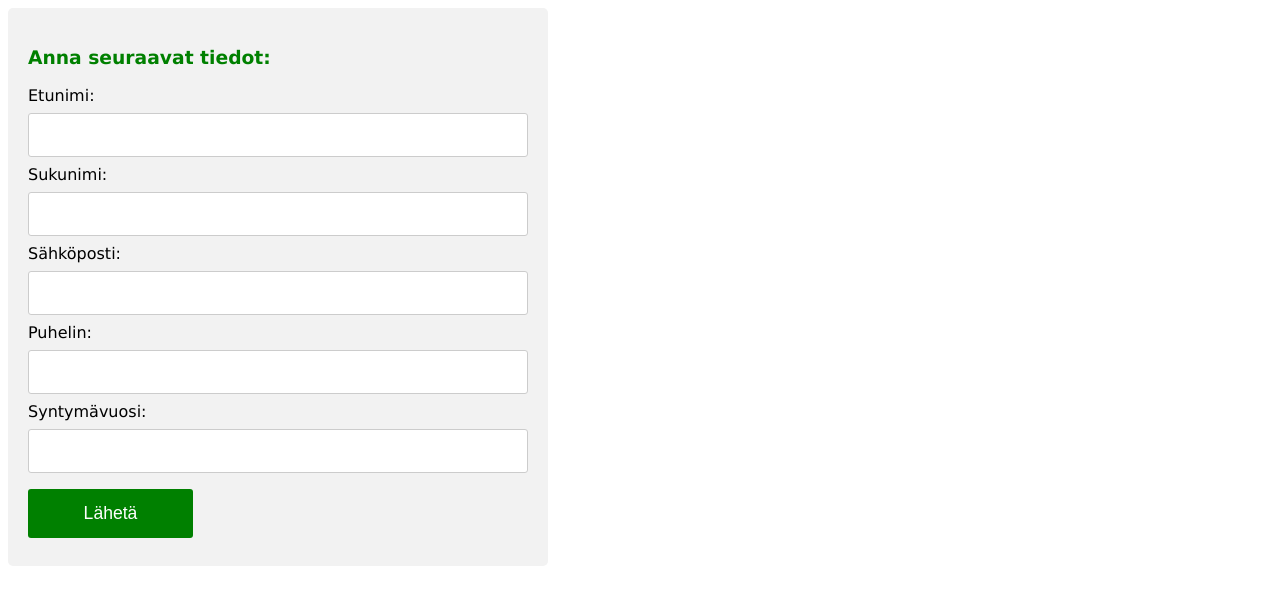
Repository: er-12/tehtava6
Page: http://localhost/t3/kysy.jsp
These files come from the project's save history. The page is drawn as it stood at one moment and after the next save; the edit follows.
The browser window is 1280 px wide. The pictures show the whole page.
The page is served by Tomcat 9.

Above is the page before, as saved 2021-04-17 11:36:23.

### t3/WebContent/kysy.jsp
<%@ page language="java" contentType="text/html; charset=UTF-8"
    pageEncoding="UTF-8"%>
<!DOCTYPE html>
<html>
<style>
input[type=text] {
  width: 100%;
  padding: 12px 20px;
  margin: 8px 0;
  display: inline-block;
  border: 1px solid #ccc;
  border-radius: 3px;
  box-sizing: border-box;
  font-size: 100%;
}

input[type=submit] {
  width: 33%;
  text-align: center;
  background-color: green;
  color: white;
  padding: 14px 20px;
  margin: 8px 0;
  border: none;
  border-radius: 3px;
  font-size: 110%;
}
div {
  border-radius: 5px;
  background-color: #f2f2f2;
  padding: 20px;
  width: 500px;
  font-family: Verdana;
}
h3 {
  color: green;
}
</style>
<head>
<meta charset="UTF-8">
<title>Insert title here</title>
</head>
<body>
<div>
<h3>Anna seuraavat tiedot:</h3>
<form action="nayta.jsp" method="POST">
	<label for="etunimi">Etunimi:</label><br>
	<input type="text" name="etunimi"><br>
	<label for="fname">Sukunimi:</label><br>
	<input type="text" name="sukunimi"><br>
	<label for="fname">Sähköposti:</label><br>
	<input type="text" name="sposti"><br>
	<label for="fname">Puhelin:</label><br>
	<input type="text" name="puhelin"><br>
	<label for="fname">Syntymävuosi:</label><br>
	<input type="text" name="vuosi"><br>
	<input type="submit" value="Lähetä">
</form>
</div>
</body>
</html>
<!-- 2)	Tee sivulle kysy.jsp lomake, jossa pyydät käyttäjltä seuraavat tiedot:
a.	Etunimi
b.	Sukunimi
c.	Sähköposti
d.	Puhelin
e.	Syntymävuosi
 -->

After the next save:
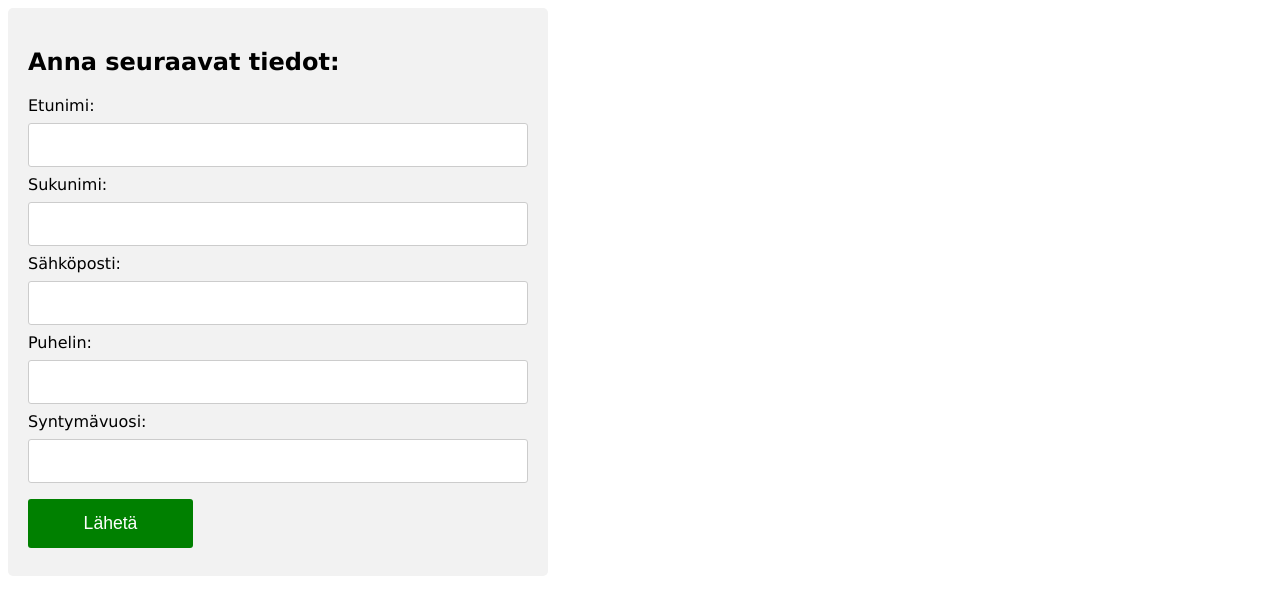
Saved 28 s later.
--- a/t3/WebContent/kysy.jsp
+++ b/t3/WebContent/kysy.jsp
@@ -42,7 +42,7 @@
 </head>
 <body>
 <div>
-<h3>Anna seuraavat tiedot:</h3>
+<h2>Anna seuraavat tiedot:</h2>
 <form action="nayta.jsp" method="POST">
 	<label for="etunimi">Etunimi:</label><br>
 	<input type="text" name="etunimi"><br>

After the save that followed:
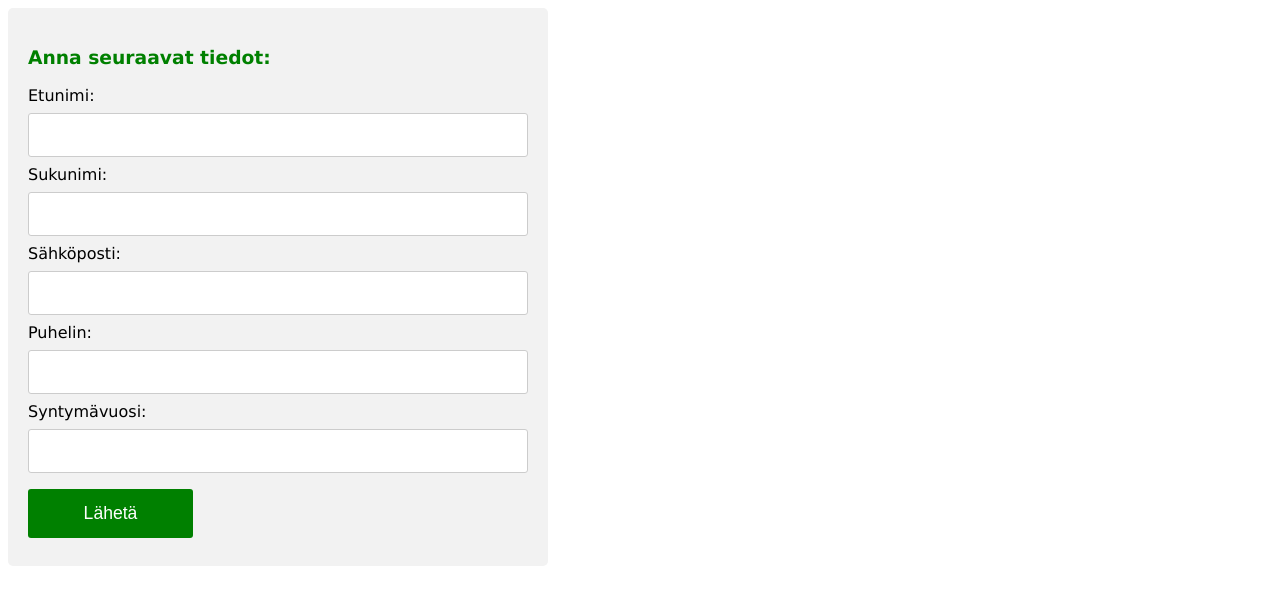
Saved 8 s later.
--- a/t3/WebContent/kysy.jsp
+++ b/t3/WebContent/kysy.jsp
@@ -42,7 +42,7 @@
 </head>
 <body>
 <div>
-<h2>Anna seuraavat tiedot:</h2>
+<h3>Anna seuraavat tiedot:</h3>
 <form action="nayta.jsp" method="POST">
 	<label for="etunimi">Etunimi:</label><br>
 	<input type="text" name="etunimi"><br>
